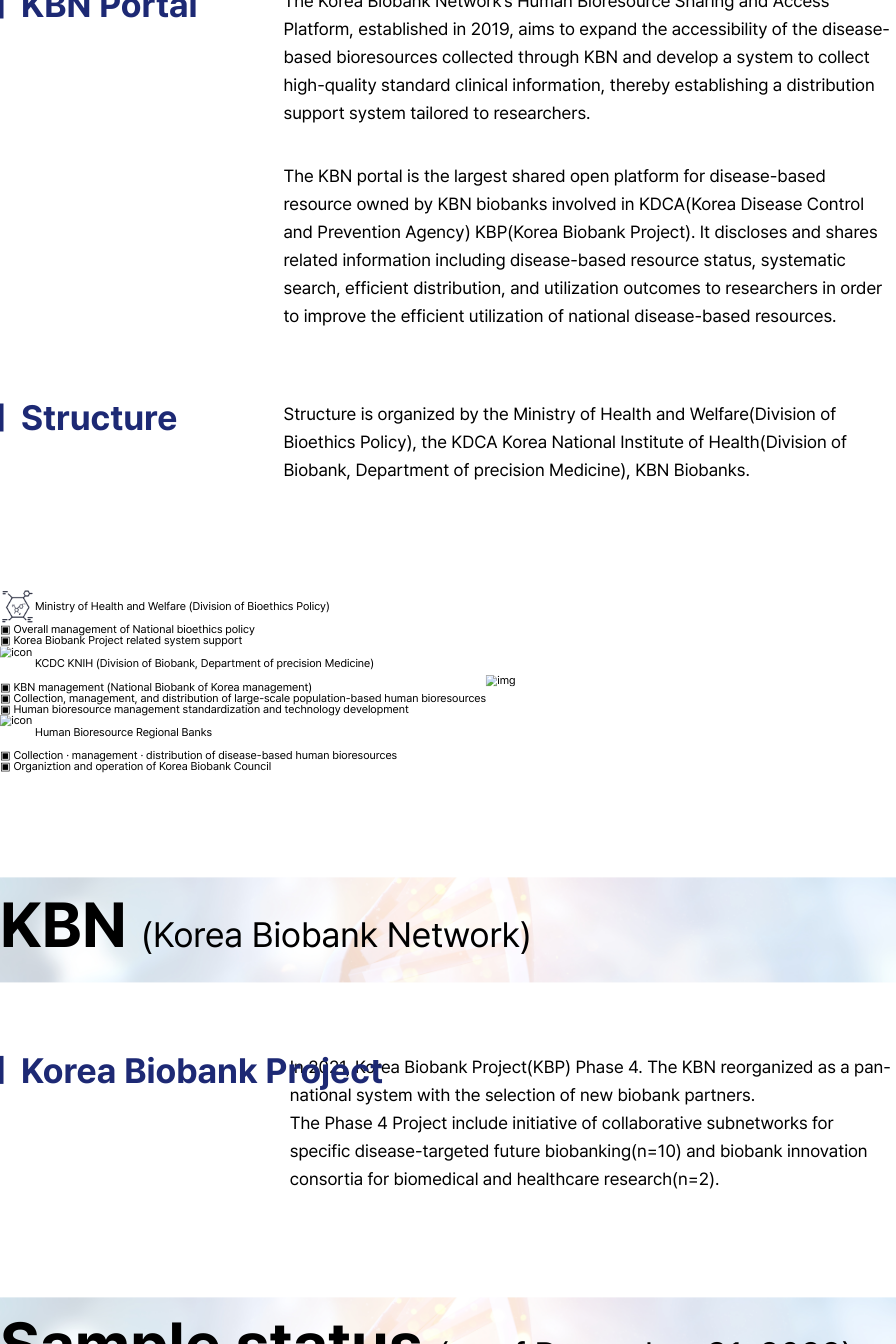
Repository: dlgywls1130/kbn_makedit
Page: index.html
The author's editor kept a copy of each file at every save. The page is drawn from the files as they stood at one save, then again after the next save.
The browser window is 1280 px wide. The pictures show the part of the page from y = 1138 to 3058 px (the page is 4829 px tall), at 70% of full size.
Some web libraries are served in a nearby version.

Above is the page before, as saved 2023-10-15 16:12:18.

### index.html
<!DOCTYPE html>
<html lang="en">
<head>
    <meta charset="UTF-8">
    <meta name="viewport" content="width=device-width, initial-scale=1.0">
    <title>KBN</title>

    <link rel="stylesheet" href="./css/reset.css">
    <link rel="stylesheet" href="./css/style.css">

    <!-- slick css -->
    <link rel="stylesheet"  type="text/css" href="./css/slick.css">

</head>
<body>

    <!-- header -->
    <header>
        <div class="header_wrapper">
            <div class="header_logo">
                <img src="./image/logo.png" alt="logo">
            </div>
            <ul class="nav_list">
                <li><a href="#about"> About us</a></li>
                <li><a href="#kbn">KBN</a></li>
                <li><a href="#sample">Sample status</a></li>
                <li><a href="#distribution">Distribution procedure</a></li>
                <li><a href="#biobanks">KBN Biobanks</a></li>
            </ul>
            <div class="header_en">
                <div class="en_icon">
                    <img src="./image/language.png" alt="icon">
                </div>
                <p>EN</p>
            </div>
        </div>

    </header>


    <!-- main banner -->
    <section>
        <div class="main_banner">
            <div class="slide_wrap">
                <div class="slide_list first-slide">
                    <div class="slide_content">
                        <h2 class="slide_title">
                            The Biggest Disease-based
                            <Br>Human Biobank Network of Korea
                        </h2>
                        <p class="slide_sub">
                            KBN, the largest biobank network in korea, collects, manages, and holds disease-based
                            <Br>human bioresources, i.e. various samples of more than 600,000 individuals.
                        </p>
                    </div>
                </div>
                <div class="slide_list second-slide">
                    <div class="slide_content">
                        <h2 class="slide_title">
                            KBN Distribution Support Center
                        </h2>
                        <p class="slide_sub">
                            The Center provides human bioresources, and clinical and epidemiological information
                            <Br> held by KBN biobanks nationwide and actively supports the distribution.

                        </p>
                    </div>
                </div>
                <div class="slide_list three-slide">

                    <div class="slide_content">
                        <h2 class="slide_title">
                            KBN Provides On-line Searching Database
                            <Br>and Operates Distribution Support Center
                        </h2>
                        <p class="slide_sub">
                            Researchers conduct KBN human bioresource search, while the distribution support
                            <Br>center provides services customized to individual users.
                        </p>
                    </div>
                </div>
            </div>
        </div>
    </section>

    <!-- about us -->
    <section id="about">
        <div class="about_wrap">
            <div class="content_width">
                <h2 class="section_title">About us</h2>
            </div>

            <div class="about-us">
                <div class="about_content">
                    <div class="content_list mb-100">
                        <div class="list_main">
                            KBN Portal
                        </div>
                        <div class="list_descript">
                            <p class="mb-50">The Korea Biobank Network’s Human Bioresource Sharing and Access Platform, established in 2019, aims
                            to expand the accessibility of the disease-based bioresources collected through KBN and develop a
                            system to collect high-quality standard clinical information, thereby establishing a distribution support
                            system tailored to researchers.</p>

                            <p>The KBN portal is the largest shared open platform for disease-based resource owned by KBN biobanks
                            involved in KDCA(Korea Disease Control and Prevention Agency) KBP(Korea Biobank Project).
                            It discloses and shares related information including disease-based resource status, systematic search,
                            efficient distribution, and utilization outcomes to researchers in order to improve the efficient utilization of
                            national disease-based resources.</p>
                        </div>
                    </div>
                    <div class="content_list">
                        <div class="list_main">
                            Structure
                        </div>
                        <div class="list_descript">
                            <p>Structure is organized by the Ministry of Health and Welfare(Division of Bioethics Policy), the KDCA Korea
                                National Institute of Health(Division of Biobank, Department of precision Medicine), KBN Biobanks.</p>
                        </div>
                    </div>
                </div>
                <div class="about_acodian">
                    <div class="acodian_list">
                        <div class="accordion-item">
                            <h3 class="title">
                                <div class="acodian_icon">
                                    <img src="./image/about_ico1.png" alt="icon">
                                </div>
                                <p>Ministry of Health and Welfare
                                    <span>(Division of Bioethics Policy)</span>
                                </p>

                            </h3>
                            <div class="paragraph">
                                <p>▣ Overall management of National bioethics policy</p>
                                <p>▣ Korea Biobank Project related system support</p>
                            </div>
                        </div>
                        <div class="accordion-item">
                            <h3 class="title">
                                <div class="acodian_icon">
                                    <img src="" alt="icon">
                                </div>
                                <p>KCDC KNIH
                                    <span>(Division of Biobank, Department of precision Medicine)</span>
                                </p>

                            </h3>
                            <div class="paragraph">
                                <p>▣ KBN management (National Biobank of Korea management)</p>
                                <p>▣ Collection, management, and distribution of large-scale population-based human bioresources </p>
                                <p>▣ Human bioresource management standardization and technology development</p>
                            </div>
                        </div>
                        <div class="accordion-item">
                            <h3 class="title">
                                <div class="acodian_icon">
                                    <img src="" alt="icon">
                                </div>
                                <p>Human Bioresource Regional Banks</p>

                            </h3>
                            <div class="paragraph">
                                <p>▣ Collection · management · distribution of disease-based human bioresources</p>
                                <p>▣ Organiztion and operation of Korea Biobank Council</p>
                            </div>
                        </div>
                    </div>
                    <div class="acodian_circle">
                        <img src="" alt="img">
                    </div>
                </div>
            </div>
        </div>

    </section>

    <!-- kbn -->

    <section id="kbn">
        <div class="kbn_wrap">
            <div class="content_width">
                <h2 class="section_title">KBN <span>(Korea Biobank Network)</span></h2>
            </div>
            <div class="kbn_content">
                <div class="content_list">
                    <div class="list_main">
                        Korea Biobank Project
                    </div>
                    <div class="list_descript">
                        <p>In 2021, Korea Biobank Project(KBP) Phase 4. The KBN reorganized as a pan-national system with the
                            selection of new biobank partners.
                            </p>

                        <p>The Phase 4 Project include initiative of collaborative subnetworks for specific disease-targeted future
                            biobanking(n=10) and biobank innovation consortia for biomedical and healthcare research(n=2).
                            </p>
                    </div>
                </div>
                <div class="kbn_guidance_wrap">

                </div>
            </div>
        </div>

    </section>

    <!-- sample -->

    <section id="sample">
        <div class="sample_wrap">
            <div class="content_width">
                <h2 class="section_title">Sample status <span>(as of December 31, 2022)</span></h2>
            </div>
            <div class="sample_content">
                <div class="sample_list">
                    <div class="sample_list_left">
                        <div class="sample_list_icon">
                            <img src="" alt="img">
                        </div>
                        <div class="sample_list_title">
                            Current Situation
                        </div>
                    </div>
                    <div class="sample_list_right">
                        <div class="right_span">
                            <span>participants</span>
                            <p>663,254</p>
                        </div>
                        <div class="right_span">
                            <span>vials</span>
                            <p>9,062,621</p>
                        </div>
                    </div>
                </div>
                <div class="sample_list">
                    <div class="sample_list_left">
                        <div class="sample_list_icon">
                            <img src="" alt="img">
                        </div>
                        <div class="sample_list_title">
                            Distribution
                        </div>
                    </div>
                    <div class="sample_list_right">
                        <div class="right_span">
                            <span>studies</span>
                            <p>3215</p>
                        </div>
                    </div>
                </div>
                <div class="sample_list">
                    <div class="sample_list_left">
                        <div class="sample_list_icon">
                            <img src="" alt="img">
                        </div>
                        <div class="sample_list_title">
                            Utilization
                        </div>
                    </div>
                    <div class="sample_list_right">
                        <div class="right_span">
                            <span>papers</span>
                            <p>948</p>
                        </div>
                        <div class="right_span">
                            <span>patents</span>
                            <p>116</p>
                        </div>
                    </div>
                </div>
            </div>
        </div>

    </section>

    <!-- Distribution  -->
    <section id="distribution">
        <div class="distribution_wrap">
            <div class="content_width">
                <h2 class="section_title white">Distribution procedure</h2>
            </div>
            <div class="distribution_about">
                <div class="content_list">
                    <div class="list_main">
                        Procedure
                    </div>
                    <div class="list_descript">
                        <p>KBN Human bioresources application procedure for distribution.</p>

                        <p>KBN distributes the collected human bioresources to researchers for domestic healthcare R&D.
                            For access to, researcher(s) residing in Korea and carrying out a research project that has obtained IRB
                            approval(or exemption) can apply for access to human bioresource distribution, and if approved by the
                            Access and Sharing Committee, the bioresources are released.
                        </p>
                    </div>
                </div>
                <div class="text_slide">

                </div>
            </div>
        </div>
    </section>

    <!-- Biobanks  -->
    <section id="biobanks">
        <div class="biobank_wrap">
            <div class="content_width">
                <h2 class="section_title">KBN Biobanks <span>- targeted diseases</span></h2>
            </div>
            <div class="biobank_content">
                <div class="biobank_tab">

                </div>

            </div>
        </div>

    </section>

    <!-- logo slide -->
    <section>
        <div class="logo_loop">

        </div>
    </section>

    <!-- footer -->
    <footer>
        <div class="footer_wrap">
            <div class="footer_left">
                <h3 class="footer_title">
                    CONTACT US
                </h3>

                <div class="footer_contain">
                    <ul>
                        <li class="footer_text">kbnysvc@gmail.com</li>
                        <li class="footer_phone">+82 -31-546-2715</li>
                        <li class="footer_text">Monday-Friday 8:30am ~ 5:30pm</li>
                        <li class="footer_text">(Saturday and Sunday, Holidays : ClOSED)</li>
                    </ul>
                    <ul>
                        <li><img src="" alt="icon"></li>
                        <li><img src="" alt="icon"></li>
                    </ul>
                </div>

                <p>Yongin Severance Hospital 363, Dongbaekjukjeon-daero, Giheung-gu, Yongin-si, Gyeonggi-do 16995, Republic of Korea</p>
            </div>

            <div class="footer_right">
                <div class="right_top">
                    <h3 class="footer_title">
                        SOCIAL LINKS
                    </h3>
                    <div class="footer_sns">
                        <a href="" class="link_sns">
                            <img src="" alt="sns">
                        </a>
                        <a href="" class="link_sns">
                            <img src="" alt="sns">
                        </a>
                        <a href="" class="link_sns">
                            <img src="" alt="sns">
                        </a>

                    </div>
                </div>
                <div class="right_bottom">
                    <h3 class="footer_title">
                        RELATED SITE
                    </h3>
                    <div class="link_site">
                        <a href="" class="site_link">
                            <img src="" alt="link">
                        </a>
                        <a href="" class="site_link">
                            <img src="" alt="link">
                        </a>

                    </div>
                </div>

            </div>
        </div>
        <div class="footer_copy">
            <p>YONSEI UNIVERSITY, YONGIN SEVERANCE HOSPITAL. ALL RIGHTS RESERVED </p>
            <div class="copy_right">
                <p>Personal information processing policy</p>
                <p>Terms and Conditions</p>
            </div>
        </div>
    </footer>


    <script type="text/javascript" src="//code.jquery.com/jquery-1.11.0.min.js"></script>
    <script src="./js/slick.min.js"></script>
    <script src="./js/main.js"></script>
</body>
</html>

### css/style.css
:root{
    --main-text:#1D2974;
    --black-text:#000;
}


/* common */

body{
    font-family: 'pretendard',sans-serif ;
}

/* font */
@font-face {
    font-family: pretendard;
    src: url('/font/Pretendard-Regular.woff2') format('woff2'),
    url('/font/Pretendard-Regular.woff') format('woff'),
    url('/font/Pretendard-Regular.ttf') format('ttf'),
    url('/font/Pretendard-Regular.otf') format('otf');
    font-weight: 400;
}

@font-face {
    font-family: pretendard;
    src: url('/font/Pretendard-Medium.woff2') format('woff2'),
    url('/font/Pretendard-Medium.woff') format('woff'),
    url('/font/Pretendard-Medium.ttf') format('ttf'),
    url('/font/Pretendard-Medium.otf') format('otf');
    font-weight: 500;
}

@font-face {
    font-family: pretendard;
    src: url('/font/Pretendard-Bold.woff2') format('woff2'),
    url('/font/Pretendard-Bold.woff') format('woff'),
    url('/font/Pretendard-Bold.ttf') format('ttf'),
    url('/font/Pretendard-Bold.otf') format('otf');
    font-weight: 700;
}


section{margin-bottom:150px;}

.section_title{
    font-size: 90px;
    font-weight: 700;
    line-height:40px;
    max-width: 1680px;
    width: 100%;
    margin: 0 auto;
}

.section_title span{
    font-weight: 300;
    font-size: 50px;
}

.content_width{
    width: 100%;
    height: 150px;
    background:url('/image/title_back.jpg');
    background-repeat: no-repeat;
    background-size:cover;
    margin-bottom: 100px;
    display: flex;
    align-items: center;
}

.content_list {
    display: flex;
    align-items: flex-start;
    justify-content: space-between;
}

.content_list .list_main{
    position: relative;
    width: 30%;
    font-size: 50px;
    font-weight: 700;
    color: var(--main-text);
    white-space: nowrap;
    padding-left: 30px;
}

.content_list .list_main::before{
    position: absolute;
    content: '';
    left: 0;
    top: 50%;
    transform: translate(0,-50%);
    height: 40px;
    width: 5px;
    background: var(--main-text);
}

.content_list .list_descript{
    width: 70%;
}

.content_list .list_descript p{
    font-size: 25px;
    font-weight: 300;
    line-height: 40px;
}


/* common margin */

.mb-50{margin-bottom: 50px;}
.mb-100{margin-bottom: 100px;}


/* header */

header{
    position: fixed;
    top: 0;
    left: 0;
    background: #fff;
    width: 100%;
    height: 138px;
    padding: 28px 0;
    box-sizing: border-box;
    z-index: 9;
}

.header_wrapper{
    max-width: 1680px;
    width: 100%;
    margin: 0 auto;
    display: flex;
    align-items: center;
    justify-content: space-between;
}

.header_logo{
    width: 250px;
    height: 80px;
}

.header_logo img{
    width: 100%;
    height: 100%;
    object-fit: contain;
}

.header_wrapper .nav_list{
    display: flex;
}

.header_wrapper .nav_list li{
    padding: 0 50px;
}

.header_wrapper .nav_list li a{
    font-size: 25px;
    font-weight: 500;
    line-height: 0.03em;
    text-decoration: none;
    color:var(--black-text);
}

.header_en{display: flex; align-items: center;}

.header_en .en_icon{
    width: 24px;
    height: 24px;
}

.header_en .en_icon img{
    width: 100%;
    height: 100%;
    object-fit: contain;
}

.header_en p{
    margin-left: 8px;
    font-size: 20px;
    font-weight: 700;
}

/* main_banner */

.slide_wrap .slide_list{
    width: 100%;
    height: 100vh;
    position: relative;
}

.slide_wrap .slide_list.first-slide{
    background: url('/image/main_slide1.jpg');
    background-repeat: no-repeat;
    background-position: right center;
    background-size: cover;
}

.slide_wrap .slide_list.second-slide{
    background: url('/image/main_slide2.jpg');
    background-repeat: no-repeat;
    background-position: center center;
    background-size: cover;
}

.slide_wrap .slide_list.three-slide{
    background: url('/image/main_slide3.jpg');
    background-repeat: no-repeat;
    background-position: left center;
    background-size: cover;
}

.slide_content{
width: 100%;
position: absolute;
right: 8%;
top: 40%;
transform: translate(0,-50%);
}

.slide_content .slide_title{
    font-size: 60px;
    font-weight: 700;
    color: #fff;
    letter-spacing: 0.07em;
    text-align: right;
}

.slide_content .slide_sub{
    font-size: 25px;
    font-weight: 400;
    color: #fff;
    letter-spacing: 0.04em;
    text-align: right;
    margin-top: 40px;
}

.slick-dots{
    display: flex!important;
    align-items: center;
    position: absolute;
    top: 65%;
    right: 8%;
    column-gap: 30px;
}

.slick-dots button {
    color: rgba(2255,255,255,0.45);
    background:none;
    border-bottom:5px solid rgba(255,255,255,0.45);
    font-size: 25px;
    font-weight: 700;
    padding-bottom: 15px;
    border-top: none;
    border-left: none;
    border-right: none;
    box-shadow: none;
    outline: none;
}

.slick-dots button:hover,
.slick-dots .slick-active button {
    border-bottom:5px solid rgba(255,255,255,1);
    color: rgba(255,255,255,1);
}

.slick-arrow{
position: absolute;
top: 55%;

}

.slick-next{
    right: 8%;
    transform: rotate(45deg);
}

.slick-prev{
    right: 10%;
    z-index: 1;
    transform: rotate(225deg);
}

.arrow{
    width: 30px; /* 사이즈 */
    height: 30px; /* 사이즈 */
    border-top: 8px solid #fff; /* 선 두께 */
    border-right: 8px solid #fff; /* 선 두께 */
}


/* about us */
.about-us{
    max-width: 1680px;
    margin: 0 auto;
}

.about_content{
    margin-bottom: 150px;
}

.about_acodian{
    display: flex;
    align-items: center;
}

.accordion-item .title{
 display: flex;
 align-items: center;
}
.accordion-item .acodian_icon{
    width: 50px;
    height: 50px;
}

.accordion-item .acodian_icon img{
    width: 100%;
    height: 100%;
}

### js/main.js
// main banner

$('.slide_wrap').slick({
    slidesToShow: 1,
    arrows: true,
    dots:true,
    autoplay: true,
  autoplaySpeed: 2000,
  infinite: true,
  prevArrow: '<div class="arrow slick-prev"></div>',
    nextArrow: '<div class="arrow slick-next"></div>',
  customPaging: function(slider, i) {
    var titles = ['Biobank', 'Support Center', 'On-line Searching'];
    return '<button>' + titles[i] + '</button>';
}
  });

Loaded but not shown: css/reset.css (common file); css/slick.css (common file); js/slick.min.js (library)

After the next save:
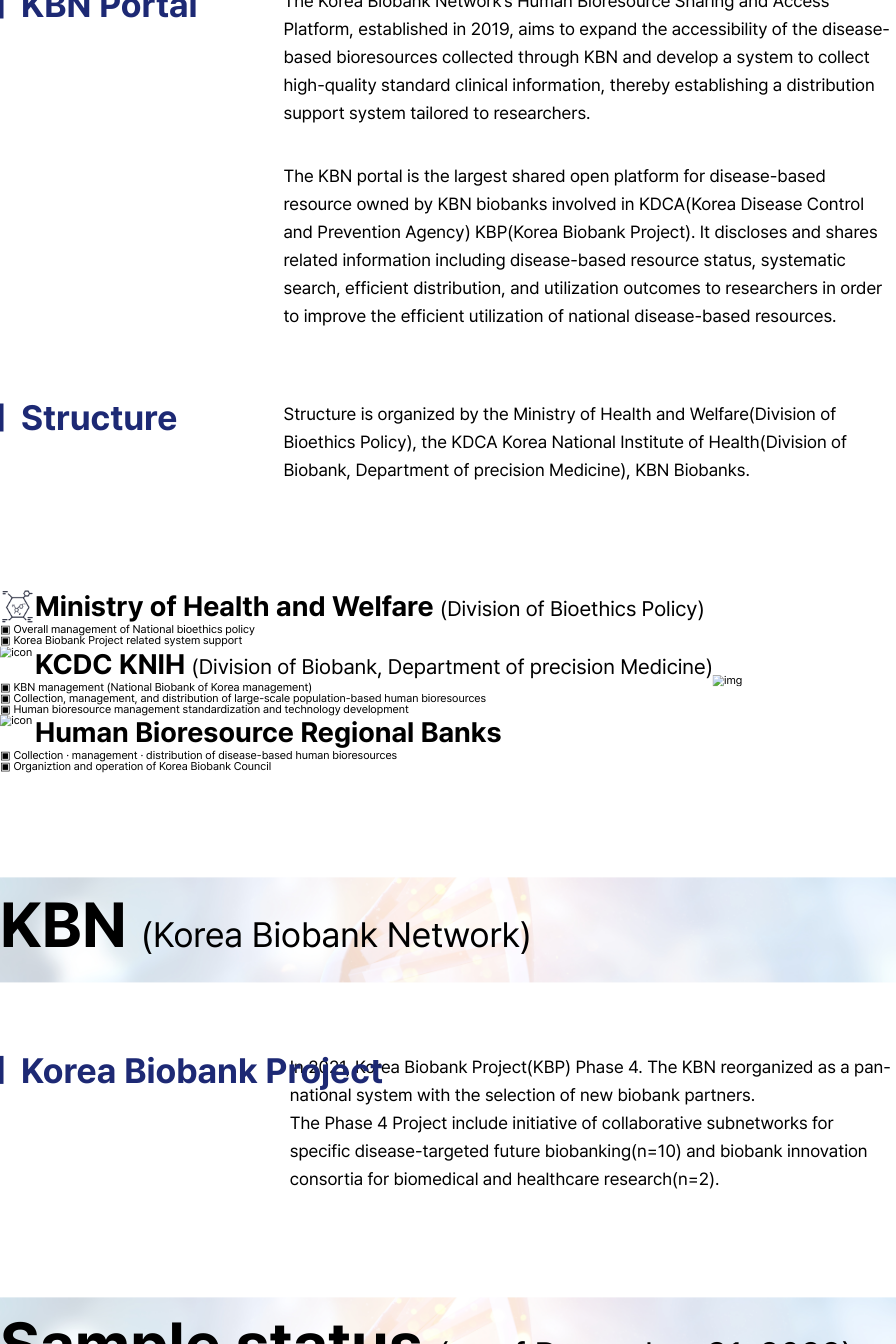
Saved 77 s later.
--- a/css/style.css
+++ b/css/style.css
@@ -306,6 +306,18 @@
  display: flex;
  align-items: center;
 }
+
+.accordion-item .title p{
+    font-size: 40px;
+    font-weight: 700;
+    color: #000;
+}
+
+.accordion-item .title p span{
+    font-size: 30px;
+    font-weight: 300;
+}
+
 .accordion-item .acodian_icon{
     width: 50px;
     height: 50px;
